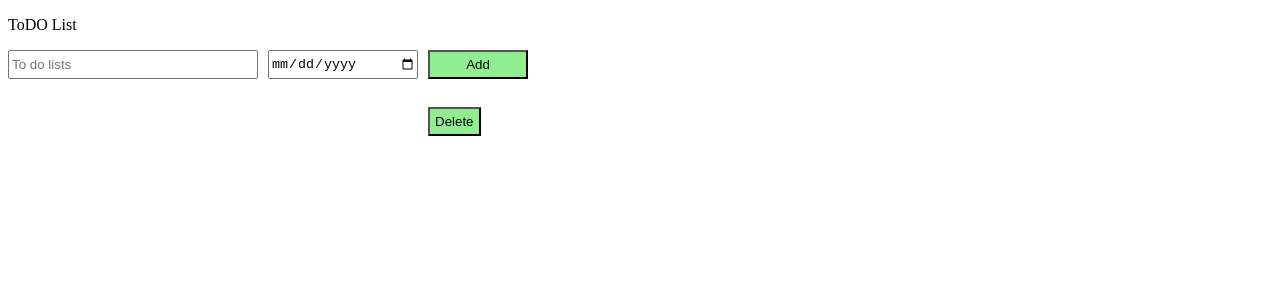
Repository: pgyunknown/ToDo-List
Page: index.html
An editor plug-in stored every save of this project. The page is shown before and after a run of saves, followed by the edit.
The browser window is 1280 px wide. The pictures show the whole page.

Above is the page before, as saved 2024-08-29 20:48:47.

After the next 2 saves:
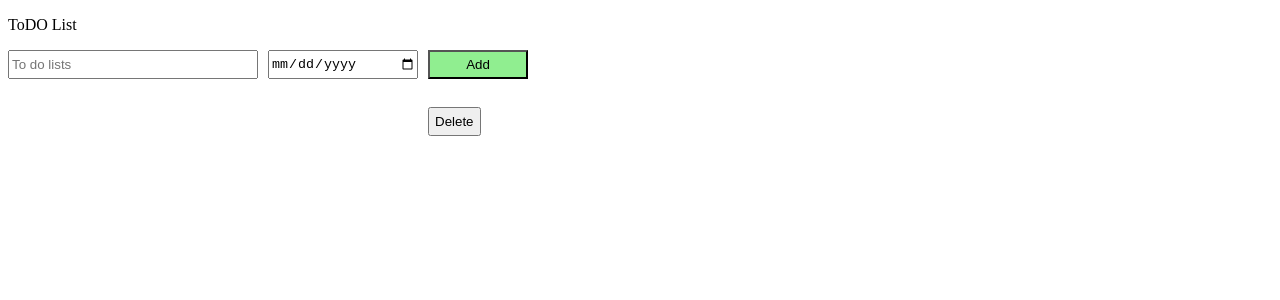
The 2 saves are shown as one change because they came seconds apart.
The last was saved 5 s later.
--- a/index.css
+++ b/index.css
@@ -17,6 +17,6 @@
   padding: 5px;
 }
 .delete-b{
-  background-color: lightgreen;
+  background-color: tgreen;
   padding: 5px;
 }
